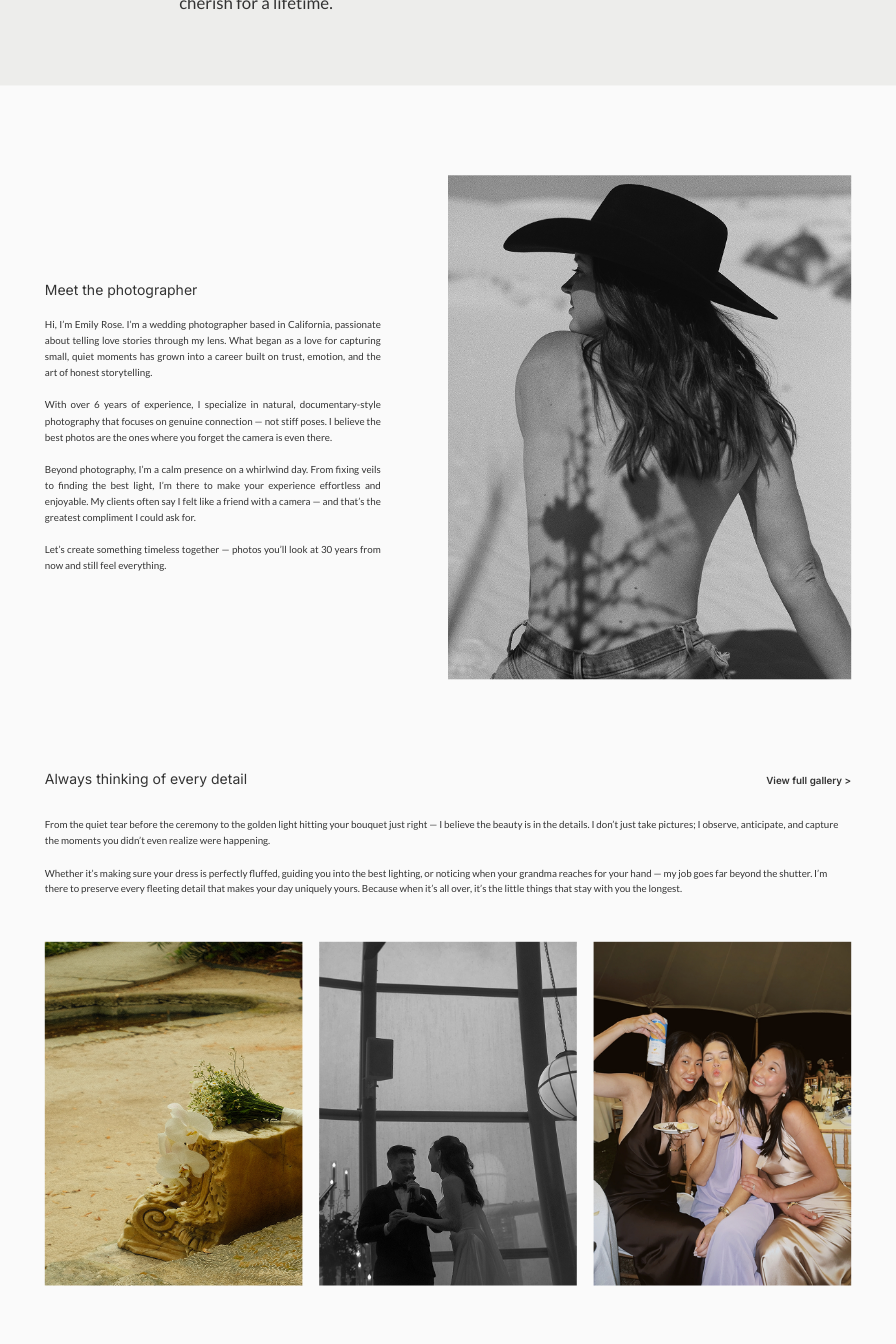
Repository: eduarda-magnago/wt-photography
Page: /
An editor plug-in stored every save of this project. The page is shown before and after the next save, followed by the edit.
The browser window is 1280 px wide. The pictures show the part of the page from y = 949 to 2869 px (the page is 3881 px tall before and 3972 px after), at 70% of full size.
Some web fonts or font styles are not loaded; a fallback is used. The project was rebuilt for these pictures with package versions that can differ from the ones it lists, and the page was loaded fresh each time. The framework's server and built-in components were replaced by stand-ins that run in the browser. Also part of the build but not shown: next.config.ts.

Above is the page before, as saved 2026-10-14 12:37:22.

After the next save:
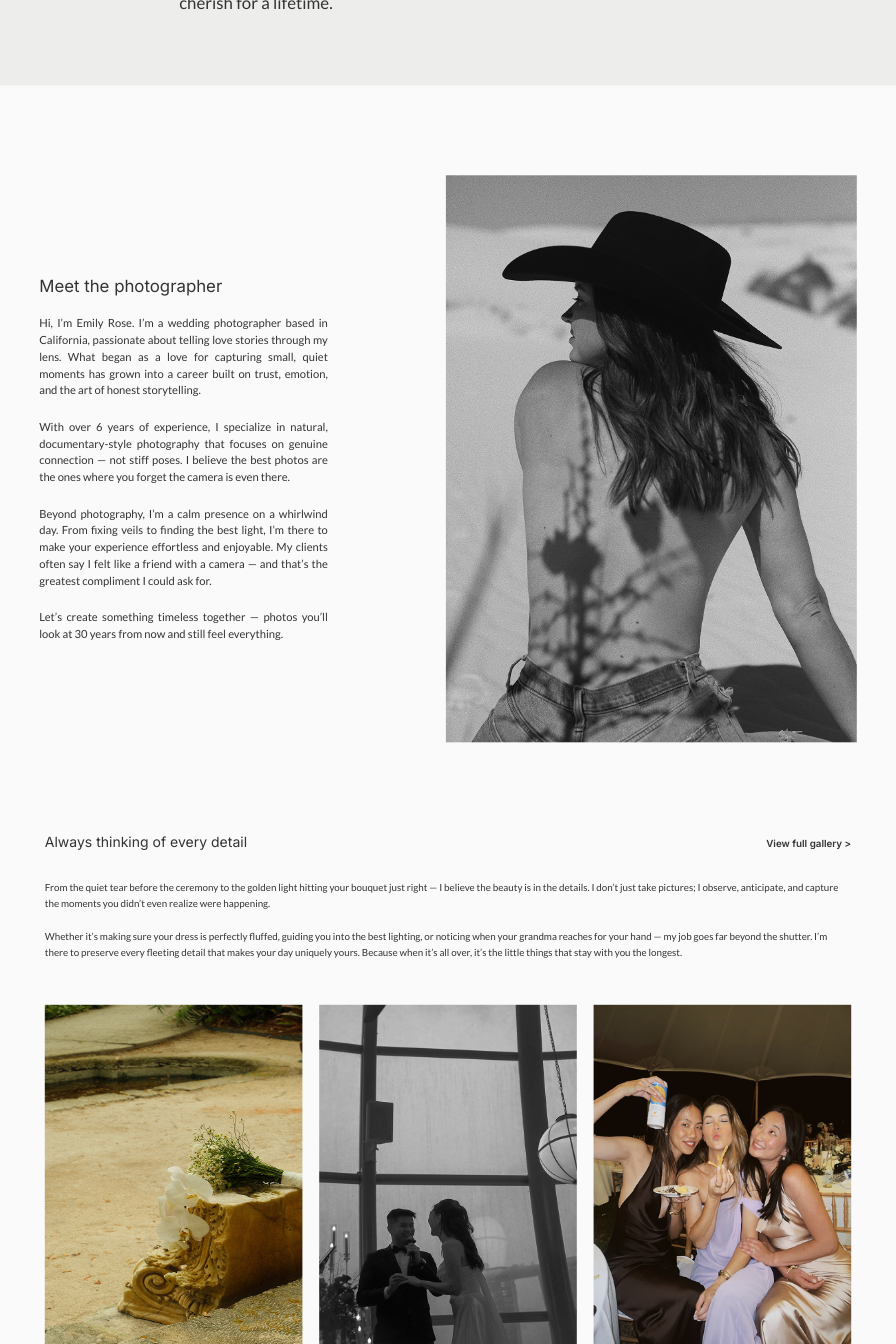
Saved 3 min 31 s later.
--- a/components/home/about.tsx
+++ b/components/home/about.tsx
@@ -3,40 +3,44 @@ import Image from "next/image";
 export default function About() {
   return (
     <section id="about" className="bg-paper px-6 py-24 md:px-14 md:py-32">
-      <div className="mx-auto grid max-w-6xl items-center gap-12 md:grid-cols-[1fr_1.2fr] md:gap-x-24">
-        <div className="space-y-6 text-justify text-sm leading-relaxed">
-          <h2 className="font-heading text-xl">Meet the photographer</h2>
-          <p>
-            Hi, I’m Emily Rose. I’m a wedding photographer based in California,
-            passionate about telling love stories through my lens. What began
-            as a love for capturing small, quiet moments has grown into a
-            career built on trust, emotion, and the art of honest storytelling.
-          </p>
-          <p>
-            With over 6 years of experience, I specialize in natural,
-            documentary-style photography that focuses on genuine connection —
-            not stiff poses. I believe the best photos are the ones where you
-            forget the camera is even there.
-          </p>
-          <p>
-            Beyond photography, I’m a calm presence on a whirlwind day. From
-            fixing veils to finding the best light, I’m there to make your
-            experience effortless and enjoyable. My clients often say I felt
-            like a friend with a camera — and that’s the greatest compliment I
-            could ask for.
-          </p>
-          <p>
-            Let’s create something timeless together — photos you’ll look at 30
-            years from now and still feel everything.
-          </p>
+      <div className="mx-auto grid max-w-[1223px] items-center gap-12 md:grid-cols-[435fr_619fr] md:gap-x-16 xl:gap-x-[169px]">
+        <div>
+          <h2 className="font-heading text-2xl">Meet the photographer</h2>
+
+          <div className="mt-6 space-y-7 text-justify text-base leading-6">
+            <p>
+              Hi, I’m Emily Rose. I’m a wedding photographer based in
+              California, passionate about telling love stories through my
+              lens. What began as a love for capturing small, quiet moments has
+              grown into a career built on trust, emotion, and the art of
+              honest storytelling.
+            </p>
+            <p>
+              With over 6 years of experience, I specialize in natural,
+              documentary-style photography that focuses on genuine connection
+              — not stiff poses. I believe the best photos are the ones where
+              you forget the camera is even there.
+            </p>
+            <p>
+              Beyond photography, I’m a calm presence on a whirlwind day. From
+              fixing veils to finding the best light, I’m there to make your
+              experience effortless and enjoyable. My clients often say I felt
+              like a friend with a camera — and that’s the greatest compliment
+              I could ask for.
+            </p>
+            <p>
+              Let’s create something timeless together — photos you’ll look at
+              30 years from now and still feel everything.
+            </p>
+          </div>
         </div>
 
-        <div className="relative aspect-[4/5] w-full">
+        <div className="relative aspect-[619/855] w-full">
           <Image
             src="/img/about.png"
             alt="Wedding photographer picture"
             fill
-            sizes="(min-width: 768px) 576px, 100vw"
+            sizes="(min-width: 1280px) 619px, (min-width: 768px) 50vw, 100vw"
             className="object-cover"
           />
         </div>
